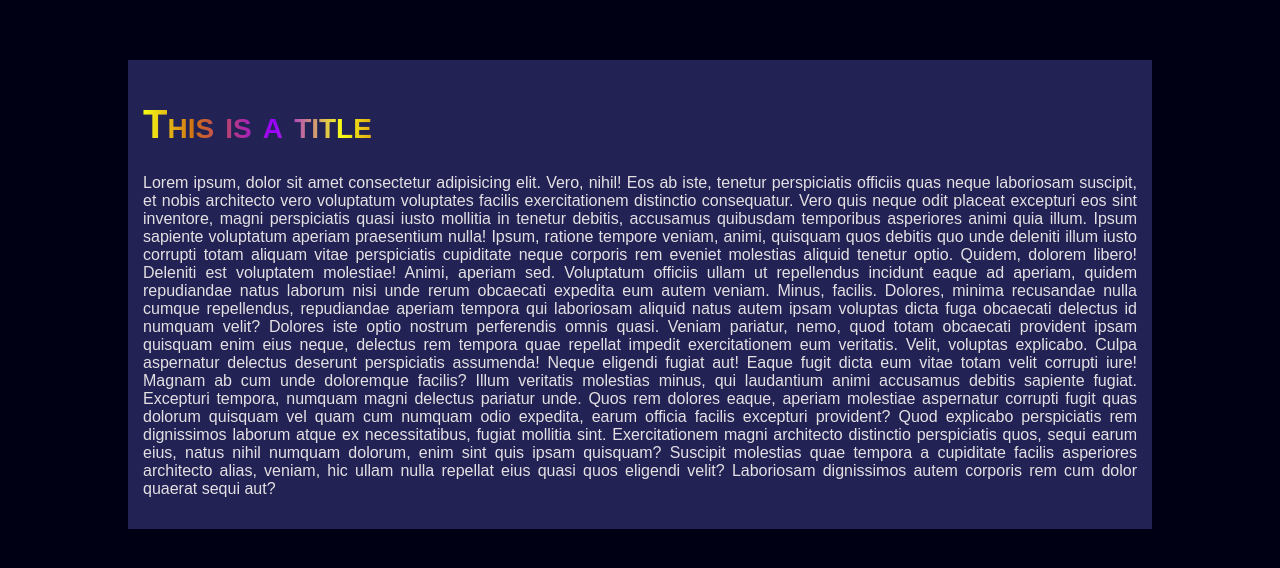
Repository: Francois-QUICODE/CSS-Micro-Projects
Page: Projects/01-Infinite-Gradient-Text.html
The author's editor kept a copy of each file at every save. The page is drawn from the files as they stood at one save, then again after the next save.
The browser window is 1280 px wide. The pictures show the whole page.
Some web fonts or font styles are not loaded; a fallback is used.

Above is the page before, as saved 2020-11-28 11:19:40.

### Projects/01-Infinite-Gradient-Text.html
<!DOCTYPE html>
<html lang="en">
  <head>
    <meta charset="UTF-8" />
    <title>Infinite Gradiant text</title>
  </head>
  <body>
    <div class="container">
      <div class="text">
        <h1>This is a title</h1>
        <p class="lorem">
          Lorem ipsum, dolor sit amet consectetur adipisicing elit. Vero, nihil!
          Eos ab iste, tenetur perspiciatis officiis quas neque laboriosam
          suscipit, et nobis architecto vero voluptatum voluptates facilis
          exercitationem distinctio consequatur. Vero quis neque odit placeat
          excepturi eos sint inventore, magni perspiciatis quasi iusto mollitia
          in tenetur debitis, accusamus quibusdam temporibus asperiores animi
          quia illum. Ipsum sapiente voluptatum aperiam praesentium nulla!
          Ipsum, ratione tempore veniam, animi, quisquam quos debitis quo unde
          deleniti illum iusto corrupti totam aliquam vitae perspiciatis
          cupiditate neque corporis rem eveniet molestias aliquid tenetur optio.
          Quidem, dolorem libero! Deleniti est voluptatem molestiae! Animi,
          aperiam sed. Voluptatum officiis ullam ut repellendus incidunt eaque
          ad aperiam, quidem repudiandae natus laborum nisi unde rerum obcaecati
          expedita eum autem veniam. Minus, facilis. Dolores, minima recusandae
          nulla cumque repellendus, repudiandae aperiam tempora qui laboriosam
          aliquid natus autem ipsam voluptas dicta fuga obcaecati delectus id
          numquam velit? Dolores iste optio nostrum perferendis omnis quasi.
          Veniam pariatur, nemo, quod totam obcaecati provident ipsam quisquam
          enim eius neque, delectus rem tempora quae repellat impedit
          exercitationem eum veritatis. Velit, voluptas explicabo. Culpa
          aspernatur delectus deserunt perspiciatis assumenda! Neque eligendi
          fugiat aut! Eaque fugit dicta eum vitae totam velit corrupti iure!
          Magnam ab cum unde doloremque facilis? Illum veritatis molestias
          minus, qui laudantium animi accusamus debitis sapiente fugiat.
          Excepturi tempora, numquam magni delectus pariatur unde. Quos rem
          dolores eaque, aperiam molestiae aspernatur corrupti fugit quas
          dolorum quisquam vel quam cum numquam odio expedita, earum officia
          facilis excepturi provident? Quod explicabo perspiciatis rem
          dignissimos laborum atque ex necessitatibus, fugiat mollitia sint.
          Exercitationem magni architecto distinctio perspiciatis quos, sequi
          earum eius, natus nihil numquam dolorum, enim sint quis ipsam
          quisquam? Suscipit molestias quae tempora a cupiditate facilis
          asperiores architecto alias, veniam, hic ullam nulla repellat eius
          quasi quos eligendi velit? Laboriosam dignissimos autem corporis rem
          cum dolor quaerat sequi aut?
        </p>
      </div>
    </div>
  </body>

  <style>
    @import url("https://fonts.googleapis.com/css2?family=Alatsi&display=swap");

    body {
      background-color: #000014;
      width: 1024px;
      margin: auto;
      color: #e5e1e1;
      padding-top: 60px;
      font-family: "Alatsi", sans-serif;
    }

    .container {
      background-color: #222247;
      padding: 15px;
      mix-blend-mode: screen;
      display: flex;
    }

    h1 {
      font-size: 40px;
      font-variant: small-caps;
      color: transparent;
      background: linear-gradient(
        90deg,
        rgba(247, 255, 0, 1) 0%,
        rgba(207, 109, 0, 1) 26%,
        rgba(151, 0, 255, 1) 66%,
        rgba(247, 255, 0, 1) 100%
      );
      background-size: 20% auto;
      background-clip: text;
      animation: textclip 10s ease infinte;
    }

    @keyframes textclip {
      0% {
        background-position: 100% center;
      }
      100% {
        background-position: 500% center;
      }
    }

    .lorem {
      text-align: justify;
    }
  </style>
</html>

After the next save:
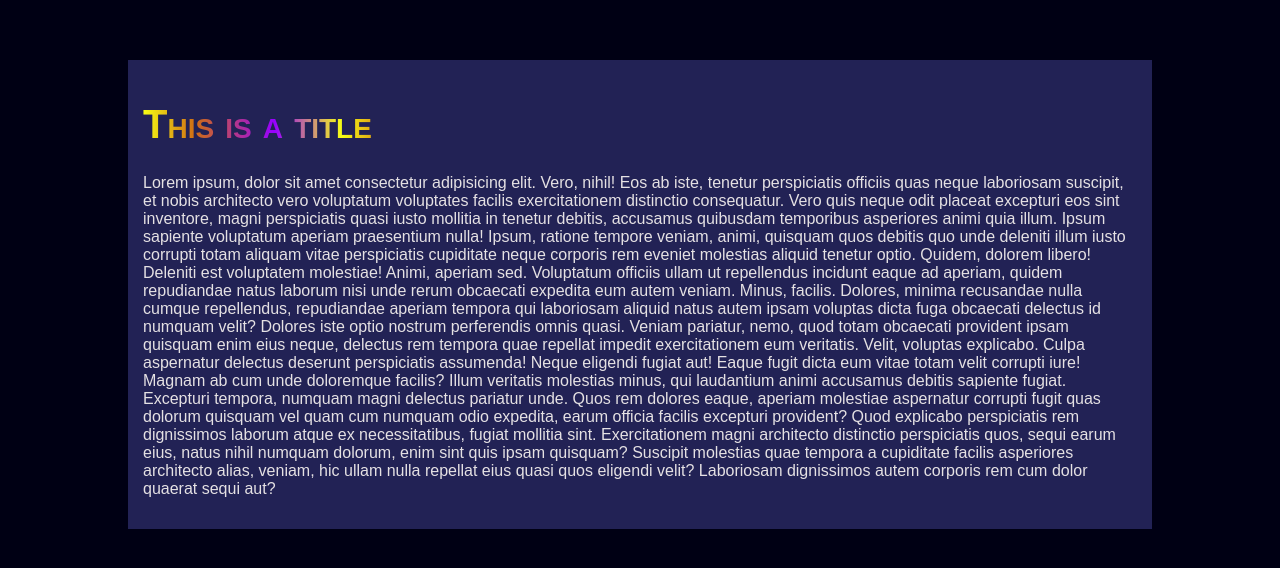
Saved 2 min 29 s later.
--- a/Projects/01-Infinite-Gradient-Text.html
+++ b/Projects/01-Infinite-Gradient-Text.html
@@ -69,6 +69,7 @@
     }
 
     h1 {
+
       font-size: 40px;
       font-variant: small-caps;
       color: transparent;
@@ -91,6 +92,14 @@
       100% {
         background-position: 500% center;
       }
+
+          @-moz-keyframes textclip {
+      0% {
+        background-position: 100% center;
+      }
+      100% {
+        background-position: 500% center;
+      }
     }
 
     .lorem {

After the save that followed:
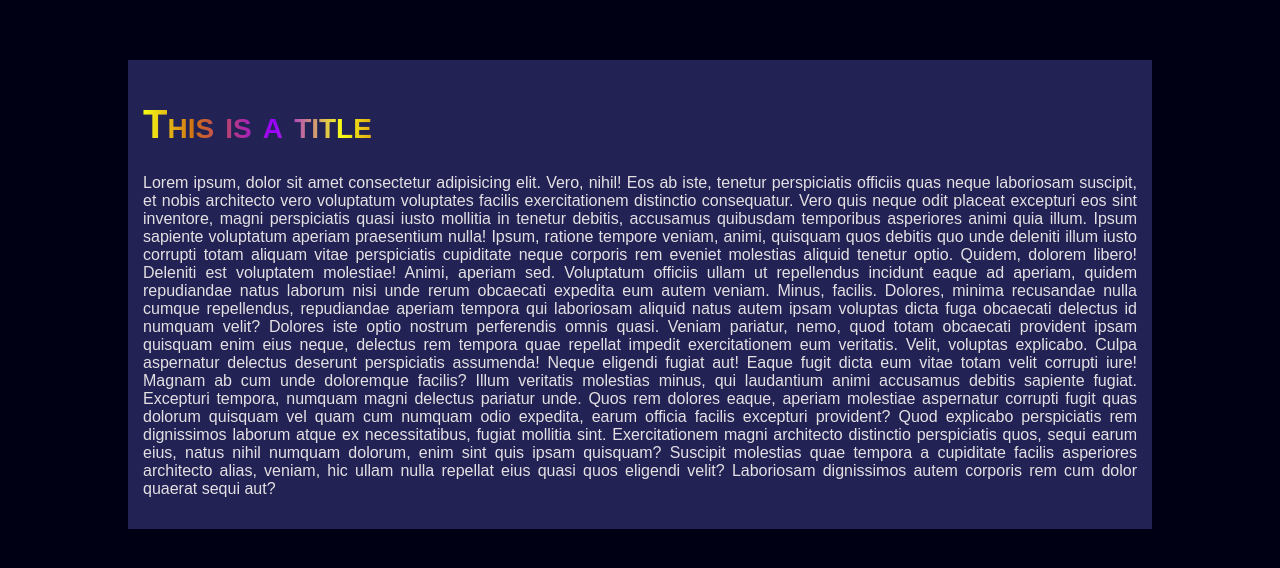
Saved 28 s later.
--- a/Projects/01-Infinite-Gradient-Text.html
+++ b/Projects/01-Infinite-Gradient-Text.html
@@ -69,7 +69,6 @@
     }
 
     h1 {
-
       font-size: 40px;
       font-variant: small-caps;
       color: transparent;
@@ -92,8 +91,9 @@
       100% {
         background-position: 500% center;
       }
+    }
 
-          @-moz-keyframes textclip {
+    @-moz-keyframes textclip {
       0% {
         background-position: 100% center;
       }
